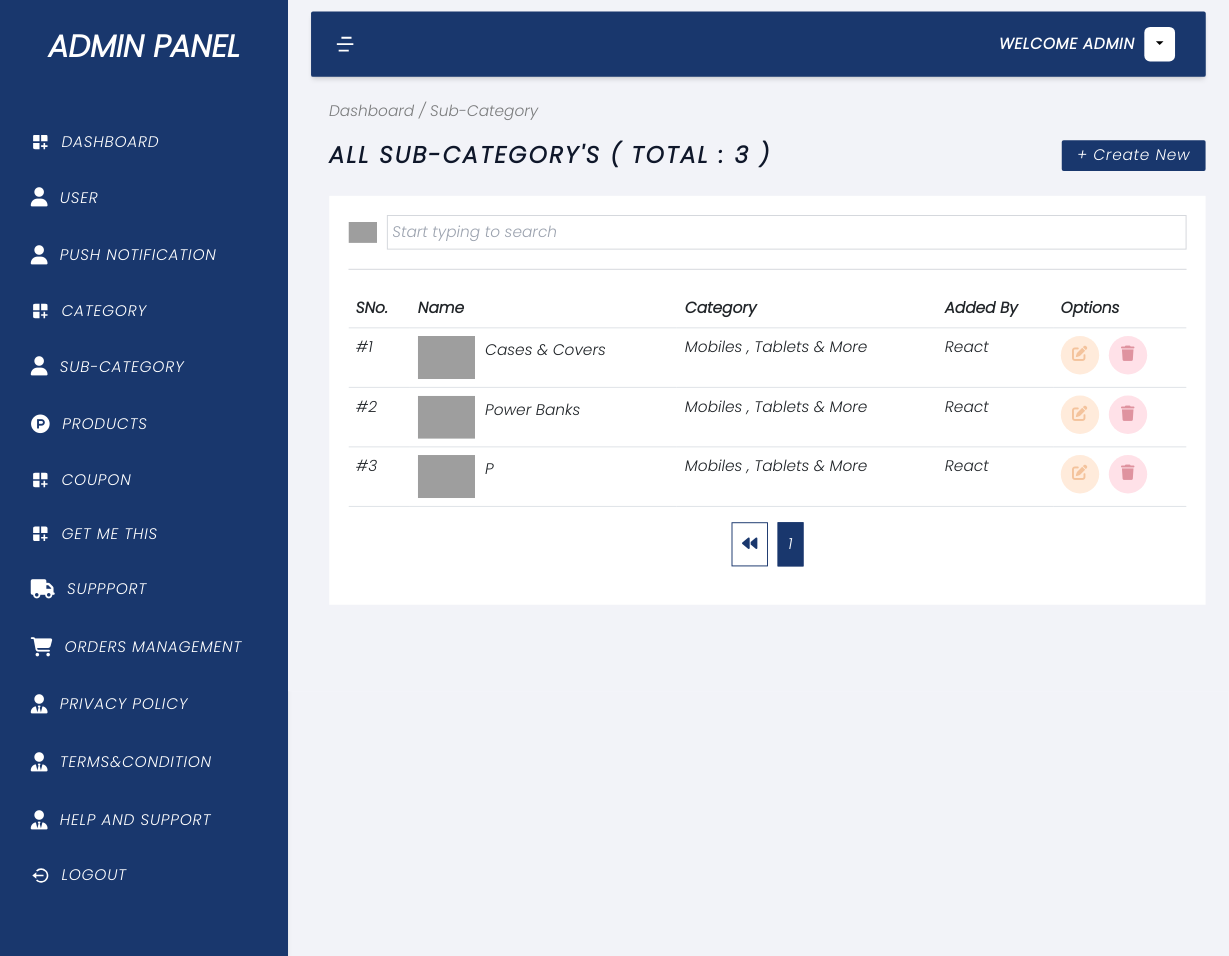
Repository: arpanmalik/project-khanna
Page: /sub-category
An editor plug-in stored every save of this project. The page is shown before and after the next save, followed by the edit.
The browser window is 1280 px wide. The pictures show the whole page, at 96% of full size.
Pictures or frames that could not be fetched are drawn as grey boxes. Some web libraries are served in a nearby version. The project was rebuilt for these pictures with package versions that can differ from the ones it lists, and the page was loaded fresh each time. Also part of the build but not shown: src/E-CommerceAdmin/forms/Login.jsx, src/E-CommerceAdmin/pages/Dashboard.jsx, src/E-CommerceAdmin/pages/ECategory.js, src/E-CommerceAdmin/pages/EProduct.js, src/E-CommerceAdmin/pages/EVendorList.js, src/E-CommerceAdmin/pages/EAdminOrders.js, src/E-CommerceAdmin/pages/EAdminProduct.js, src/E-CommerceAdmin/pages/EAdminDelivery.js and 11 more. Imported but missing from the stored project, and not drawn on this page: src/E-CommerceAdmin/pages/Component/SpinnerComp, src/E-CommerceVendor/forms/EVendorLogin, src/E-CommerceVendor/pages/EVCategory, src/E-CommerceVendor/pages/EVCoupon, src/E-CommerceVendor/pages/EVDashboard, src/E-CommerceVendor/pages/EVOrders, src/E-CommerceVendor/pages/EVProduct, src/E-CommerceVendor/pages/EVSubCategory.

Above is the page before, as saved 2023-05-16 15:52:27.

After the next save:
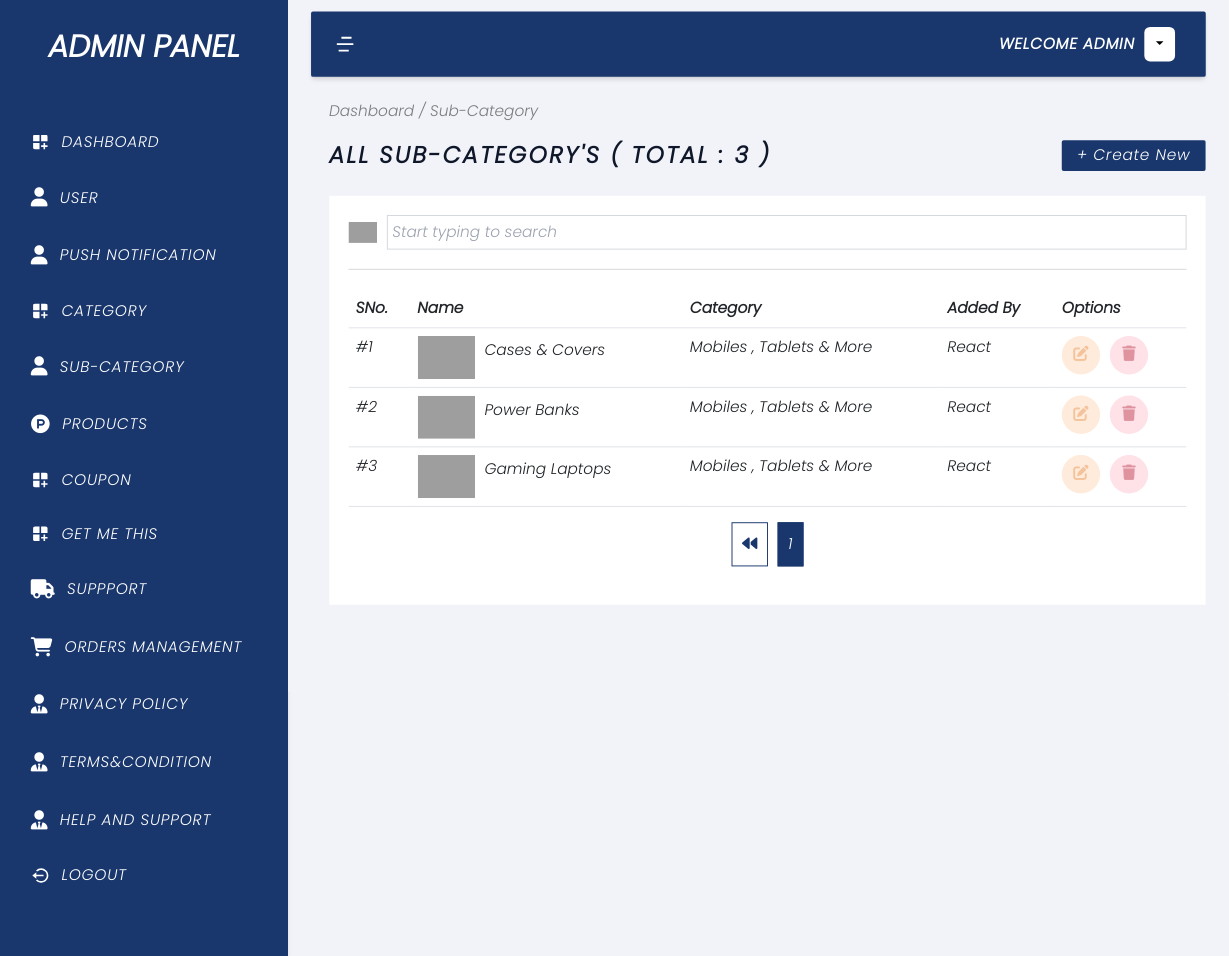
Saved 18 s later.
--- a/src/E-CommerceAdmin/pages/EAdminCustomer.js
+++ b/src/E-CommerceAdmin/pages/EAdminCustomer.js
@@ -24,7 +24,7 @@ const EAdminCustomer = () => {
     },
 
     {
-      name: "P",
+      name: "Gaming Laptops",
       image: "https://m.media-amazon.com/images/G/31/img22/WLA/Powerbanks_revamp/brand-tile._CB593751209_.jpg",
       added: "React",
       category : "Mobiles , Tablets & More"
